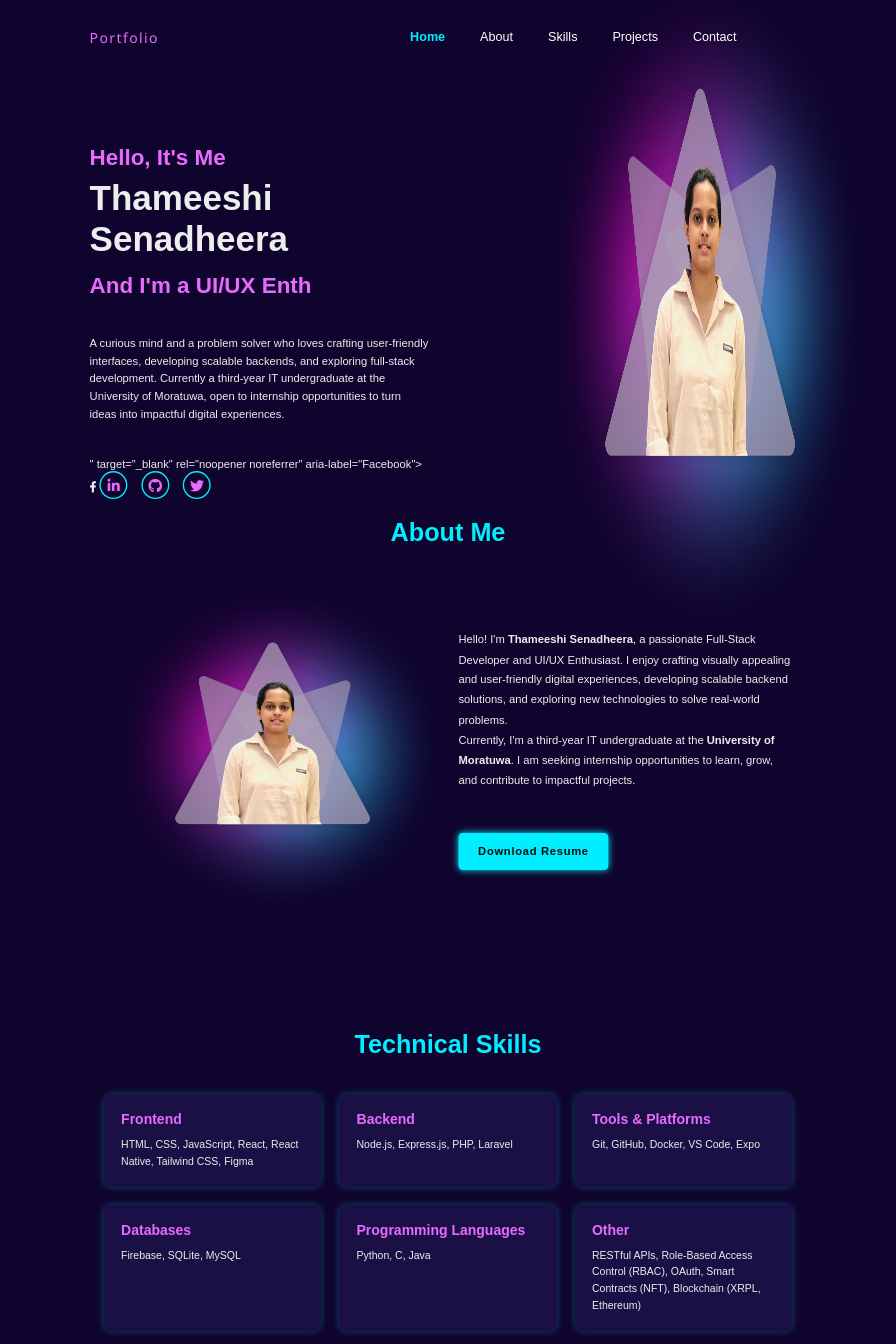
Repository: Thameeshi/portfolio-website
Page: http://localhost/
These files come from the project's save history. The page is drawn as it stood at one moment and after the next save; the edit follows.
The browser window is 1280 px wide. The pictures show the part of the page from y = 0 to 1920 px (the page is 3616 px tall), at 70% of full size.
The page is served by the project's Node server (server.js).

Above is the page before, as saved 2025-09-11 11:14:45.

After the next save:
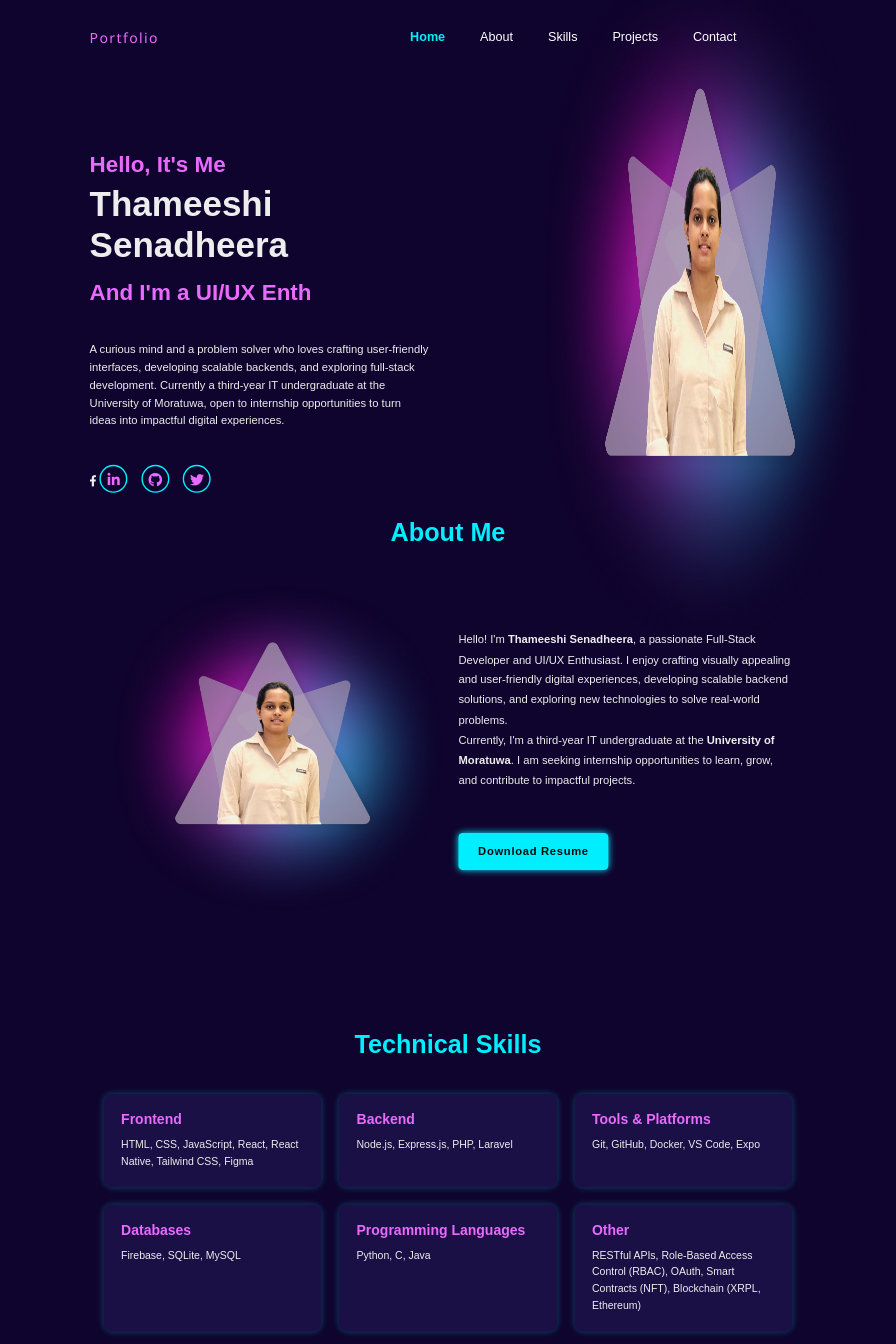
Saved 23 s later.
--- a/views/index.ejs
+++ b/views/index.ejs
@@ -67,7 +67,6 @@
 
             <!-- Social Links -->
             <div class="home-sci">
-" target="_blank" rel="noopener noreferrer" aria-label="Facebook">
                     <i class="fab fa-facebook-f"></i>
                 </a>
                 <a href="https://www.facebook.com/profile.php?id=61557323637578&mibextid=LQQJ4d" target="_blank" rel="noopener noreferrer" aria-label="LinkedIn">
